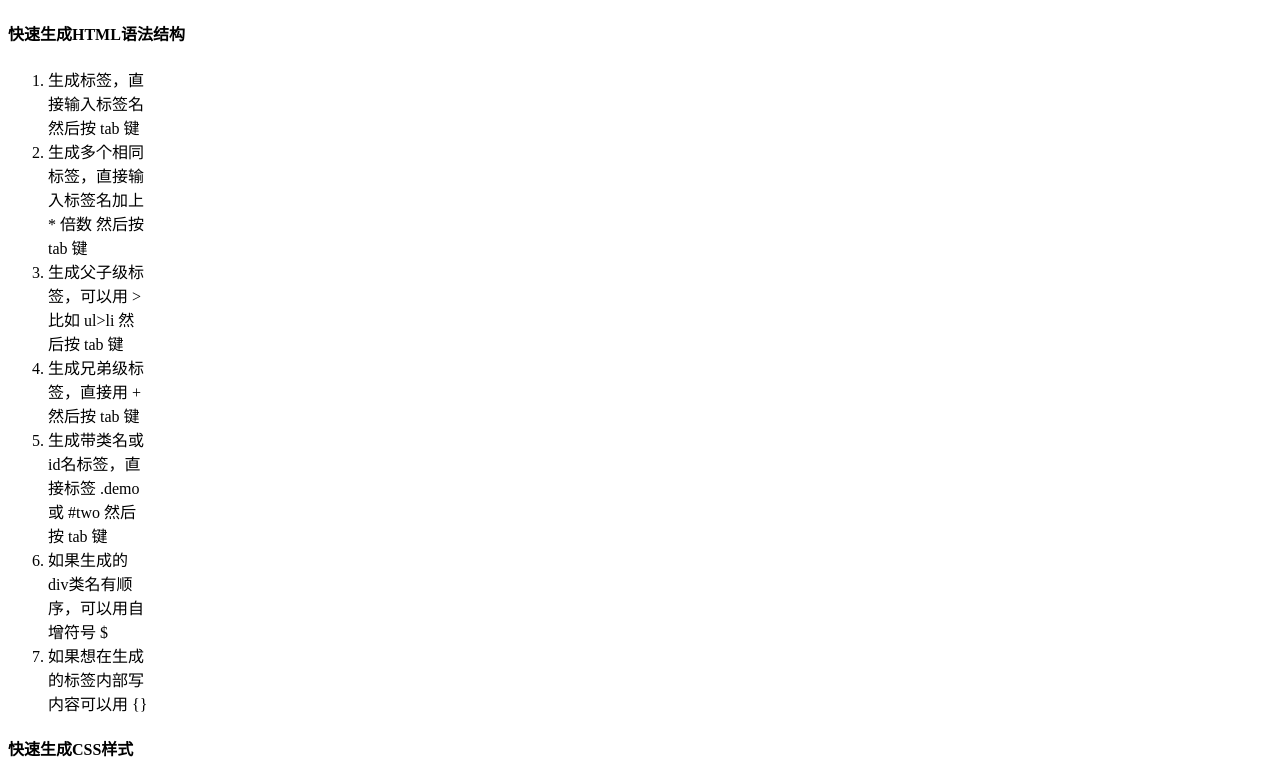
Repository: zhengdeya/web-based
Page: 18-Emmet语法.html
An editor plug-in stored every save of this project. The page is shown before and after the next save, followed by the edit.
The browser window is 1280 px wide. The pictures show the whole page.

Above is the page before, as saved 2021-03-28 17:06:12.

After the next save:
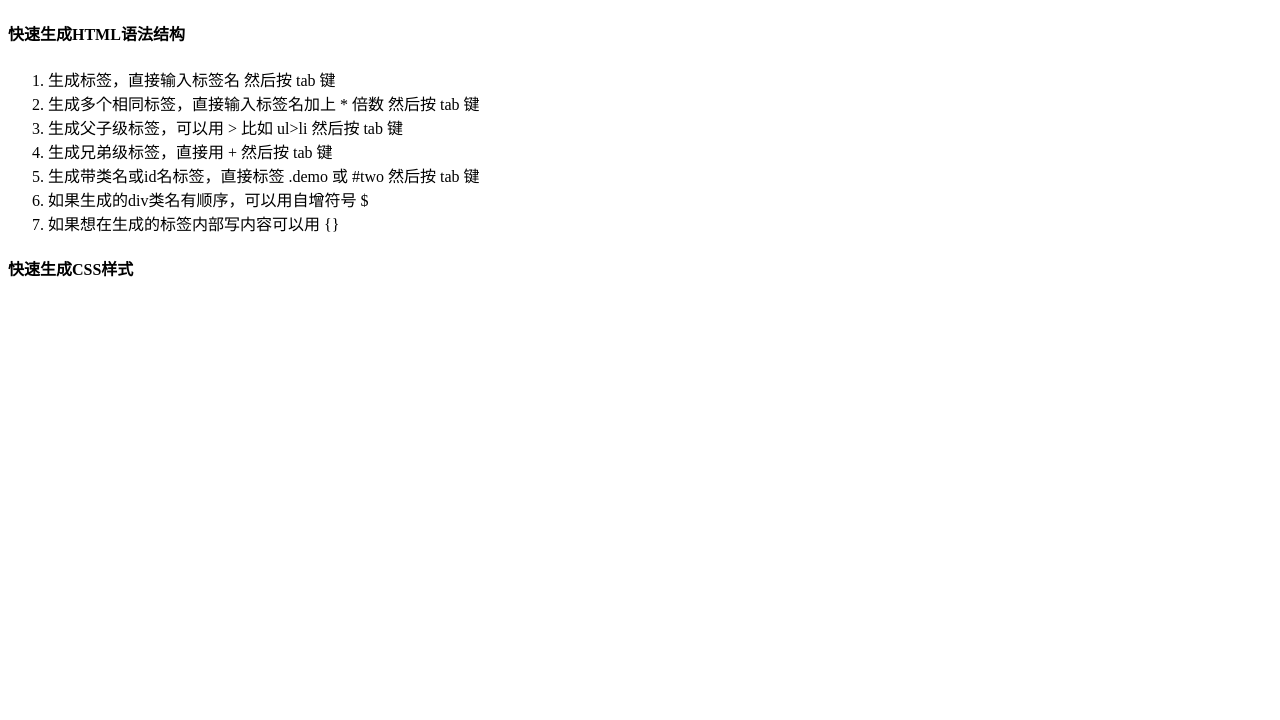
Saved 8 s later.
--- a/18-Emmet语法.html
+++ b/18-Emmet语法.html
@@ -7,7 +7,7 @@
     <title>Emmet语法</title>
     <style>
         li {
-            width: 100px;
+            width: 700px;
         }
     </style>
 </head>
